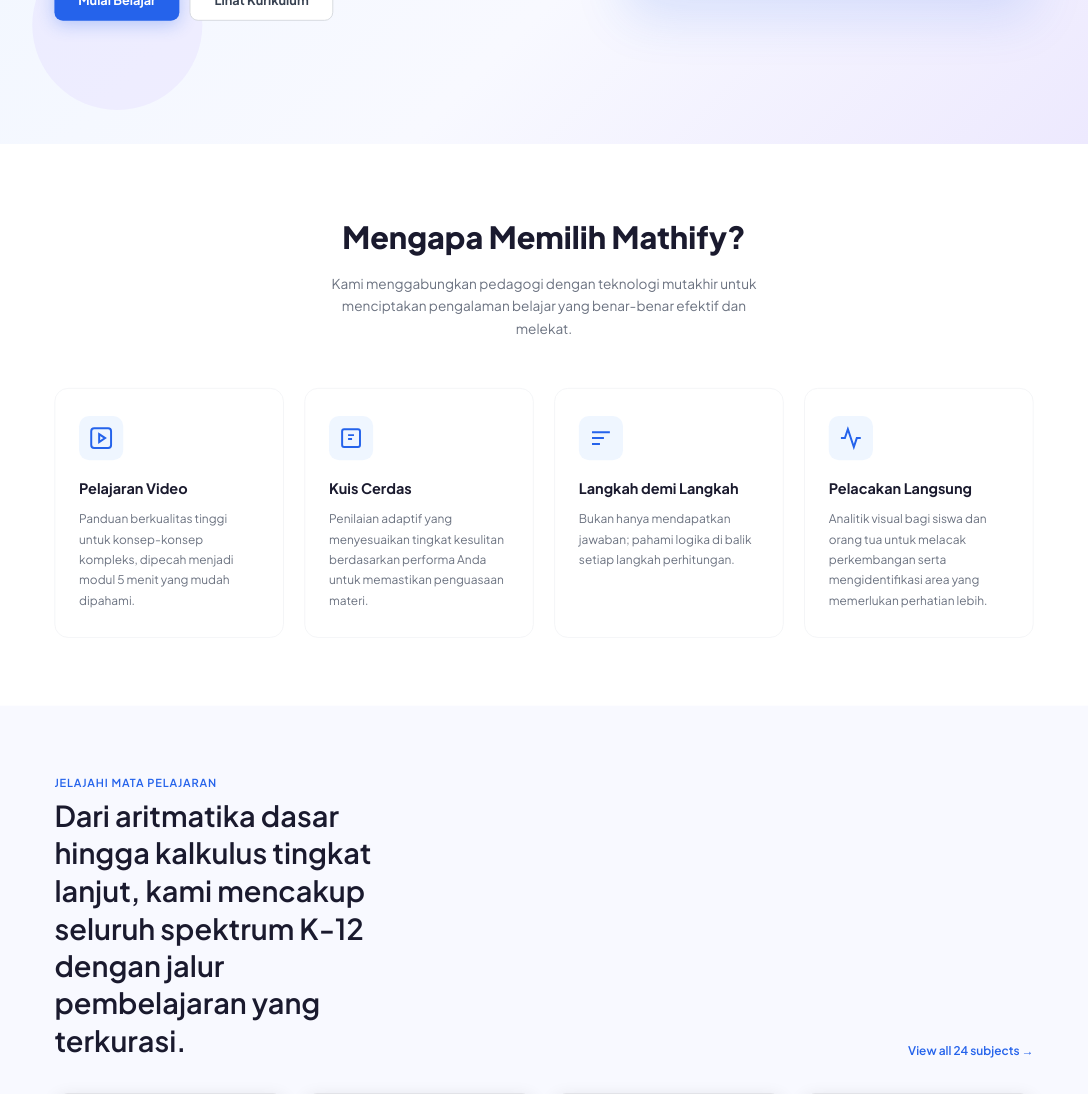
Repository: AdityaRevangga/Mathify
Page: /dashboard (app in frontend/)
The author's editor kept a copy of each file at every save. The page is drawn from the files as they stood at one save, then again after the next save.
The browser window is 1280 px wide. The pictures show the part of the page from y = 550 to 1837 px (the page is 2926 px tall), at 85% of full size.
Pictures or frames that could not be fetched are drawn as grey boxes. The page's requests for data from a server got no answer. The project was rebuilt for these pictures with package versions that can differ from the ones it lists, and the page was loaded fresh each time. No one was signed in, and anything a server would have sent is missing. Also part of the build but not shown: frontend/vite.config.js, frontend/src/index.css, frontend/src/components/Sidebar.jsx, frontend/src/components/Topbar.jsx, frontend/src/layouts/DashboardLayout.jsx, frontend/src/layouts/AuthLayout.jsx, frontend/src/layouts/MateriLayout.jsx, frontend/src/pages/LoginPage.jsx and 12 more.

Above is the page before, as saved 2026-06-02 14:25:18.

### frontend/index.html
<!doctype html>
<html lang="id">
  <head>
    <meta charset="UTF-8" />
    <link rel="icon" type="image/svg+xml" href="/favicon.svg" />
    <meta name="viewport" content="width=device-width, initial-scale=1.0" />
    <title>Mathify - Platform Belajar Matematika Interaktif</title>
    <!-- Plus Jakarta Sans Font -->
    <link rel="preconnect" href="https://fonts.googleapis.com">
    <link rel="preconnect" href="https://fonts.gstatic.com" crossorigin>
    <link href="https://fonts.googleapis.com/css2?family=Plus+Jakarta+Sans:wght@400;500;600;700;800&display=swap" rel="stylesheet">
  </head>
  <body>
    <div id="root"></div>
    <script type="module" src="/src/main.jsx"></script>
  </body>
</html>

### frontend/src/App.jsx
import React, { useEffect } from 'react';
import { BrowserRouter } from 'react-router-dom';
import { AuthProvider } from './context/AuthContext';
import AppRouter from './router/AppRouter';
import './styles/shared.css'; // Global core variables and core classes

function App() {
  useEffect(() => {
    const savedTheme = localStorage.getItem('theme');
    if (savedTheme === 'dark') {
      document.body.classList.add('dark-mode');
    } else {
      document.body.classList.remove('dark-mode');
    }
  }, []);

  return (
    <AuthProvider>
      <BrowserRouter>
        <AppRouter />
      </BrowserRouter>
    </AuthProvider>
  );
}

export default App;

### frontend/src/pages/LandingPage.jsx
import React, { useState, useEffect } from 'react';
import { useNavigate } from 'react-router-dom';

const LandingPage = () => {
  const navigate = useNavigate();
  const [scrolled, setScrolled] = useState(false);

  useEffect(() => {
    const handleScroll = () => setScrolled(window.scrollY > 20);
    window.addEventListener('scroll', handleScroll);
    return () => window.removeEventListener('scroll', handleScroll);
  }, []);

  const subjects = [
    { title: 'Bilangan', lessons: 11, color: '#FF6B35', image: 'https://images.unsplash.com/photo-1596495578065-6e0763fa1178?w=400&q=80' },
    { title: 'Aljabar dan Fungsi', lessons: 21, color: '#1A1A2E', image: 'https://images.unsplash.com/photo-1509228627152-72ae9ae6848d?w=400&q=80' },
    { title: 'Trigonometry', lessons: 76, color: '#E91E8C', image: 'https://images.unsplash.com/photo-1635070041078-e363dbe005cb?w=400&q=80' },
    { title: 'Geometry', lessons: 19, color: '#2D2D2D', image: 'https://images.unsplash.com/photo-1558618666-fcd25c85cd64?w=400&q=80' },
  ];

  const features = [
    {
      icon: (
        <svg width="28" height="28" fill="none" stroke="currentColor" strokeWidth="2" viewBox="0 0 24 24">
          <rect x="2" y="2" width="20" height="20" rx="3" /><polygon points="10,8 16,12 10,16" />
        </svg>
      ),
      title: 'Pelajaran Video',
      desc: 'Panduan berkualitas tinggi untuk konsep-konsep kompleks, dipecah menjadi modul 5 menit yang mudah dipahami.',
    },
    {
      icon: (
        <svg width="28" height="28" fill="none" stroke="currentColor" strokeWidth="2" viewBox="0 0 24 24">
          <rect x="3" y="3" width="18" height="18" rx="2" /><path d="M9 9h6M9 13h4" />
        </svg>
      ),
      title: 'Kuis Cerdas',
      desc: 'Penilaian adaptif yang menyesuaikan tingkat kesulitan berdasarkan performa Anda untuk memastikan penguasaan materi.',
    },
    {
      icon: (
        <svg width="28" height="28" fill="none" stroke="currentColor" strokeWidth="2" viewBox="0 0 24 24">
          <path d="M3 6h18M3 12h12M3 18h8" />
        </svg>
      ),
      title: 'Langkah demi Langkah',
      desc: 'Bukan hanya mendapatkan jawaban; pahami logika di balik setiap langkah perhitungan.',
    },
    {
      icon: (
        <svg width="28" height="28" fill="none" stroke="currentColor" strokeWidth="2" viewBox="0 0 24 24">
          <polyline points="22,12 18,12 15,21 9,3 6,12 2,12" />
        </svg>
      ),
      title: 'Pelacakan Langsung',
      desc: 'Analitik visual bagi siswa dan orang tua untuk melacak perkembangan serta mengidentifikasi area yang memerlukan perhatian lebih.',
    },
  ];

  return (
    <div style={{ fontFamily: "'Plus Jakarta Sans', 'Nunito', sans-serif", backgroundColor: '#F8F9FF', color: '#1A1A2E', overflowX: 'hidden' }}>

      {/* Navbar */}
      <nav style={{
        position: 'fixed', top: 0, left: 0, right: 0, zIndex: 100,
        padding: '0 5%',
        height: 64,
        display: 'flex', alignItems: 'center', justifyContent: 'space-between',
        background: scrolled ? 'rgba(255,255,255,0.95)' : 'transparent',
        backdropFilter: scrolled ? 'blur(12px)' : 'none',
        boxShadow: scrolled ? '0 1px 24px rgba(0,0,0,0.07)' : 'none',
        transition: 'all 0.3s ease',
      }}>
        <span style={{ fontWeight: 800, fontSize: 22, color: '#2563EB', letterSpacing: '-0.5px' }}>Mathify</span>
        <div style={{ display: 'flex', gap: 12, alignItems: 'center' }}>
          <button onClick={() => navigate('/login')} style={{
            padding: '8px 20px', borderRadius: 8, border: '1.5px solid #D1D5DB',
            background: 'white', color: '#374151', fontWeight: 600, fontSize: 14, cursor: 'pointer',
            transition: 'all 0.2s',
          }}
            onMouseEnter={e => { e.target.style.borderColor = '#2563EB'; e.target.style.color = '#2563EB'; }}
            onMouseLeave={e => { e.target.style.borderColor = '#D1D5DB'; e.target.style.color = '#374151'; }}>
            Log In
          </button>
          <button onClick={() => navigate('/register')} style={{
            padding: '8px 20px', borderRadius: 8, border: 'none',
            background: '#2563EB', color: 'white', fontWeight: 600, fontSize: 14, cursor: 'pointer',
            transition: 'all 0.2s',
          }}
            onMouseEnter={e => e.target.style.background = '#1D4ED8'}
            onMouseLeave={e => e.target.style.background = '#2563EB'}>
            Sign Up
          </button>
        </div>
      </nav>

      {/* Hero */}
      <section style={{
        minHeight: '100vh',
        display: 'flex', alignItems: 'center',
        padding: '100px 5% 60px',
        background: 'linear-gradient(135deg, #EFF6FF 0%, #F8F9FF 60%, #EDE9FE 100%)',
        position: 'relative',
        overflow: 'hidden',
      }}>
        {/* decorative circles */}
        <div style={{ position: 'absolute', top: 80, right: '8%', width: 420, height: 420, borderRadius: '50%', background: 'rgba(37,99,235,0.06)', pointerEvents: 'none' }} />
        <div style={{ position: 'absolute', bottom: 40, left: '3%', width: 200, height: 200, borderRadius: '50%', background: 'rgba(139,92,246,0.07)', pointerEvents: 'none' }} />

        <div style={{ display: 'flex', alignItems: 'center', gap: 60, width: '100%', maxWidth: 1200, margin: '0 auto', flexWrap: 'wrap' }}>
          {/* Left */}
          <div style={{ flex: 1, minWidth: 300, animation: 'fadeUp 0.8s ease both' }}>
            <div style={{
              display: 'inline-flex', alignItems: 'center', gap: 8,
              background: '#EFF6FF', border: '1px solid #BFDBFE',
              borderRadius: 100, padding: '6px 16px', marginBottom: 24,
              fontSize: 13, fontWeight: 600, color: '#2563EB',
            }}>
              <span>✦</span> Merevolusi Pendidikan Matematika K-12
            </div>
            <h1 style={{ fontSize: 'clamp(36px, 4vw, 56px)', fontWeight: 800, lineHeight: 1.15, marginBottom: 20, letterSpacing: '-1px' }}>
              Kuasai Matematika<br />bersama{' '}
              <span style={{ color: '#2563EB' }}>Mathify</span>
            </h1>
            <p style={{ fontSize: 16, color: '#6B7280', lineHeight: 1.7, marginBottom: 36, maxWidth: 460 }}>
              Buka potensi Anda dengan pelajaran interaktif, latihan berbasis AI yang dipersonalisasi, dan kurikulum yang dirancang untuk mengubah kecemasan terhadap matematika menjadi penguasaan matematika.
            </p>
            <div style={{ display: 'flex', gap: 12, flexWrap: 'wrap' }}>
              <button onClick={() => navigate('/register')} style={{
                padding: '14px 28px', borderRadius: 10, border: 'none',
                background: '#2563EB', color: 'white', fontWeight: 700, fontSize: 15, cursor: 'pointer',
                boxShadow: '0 4px 20px rgba(37,99,235,0.3)',
                transition: 'all 0.2s',
              }}
                onMouseEnter={e => { e.target.style.background = '#1D4ED8'; e.target.style.transform = 'translateY(-2px)'; }}
                onMouseLeave={e => { e.target.style.background = '#2563EB'; e.target.style.transform = 'none'; }}>
                Mulai Belajar
              </button>
              <button style={{
                padding: '14px 28px', borderRadius: 10,
                border: '1.5px solid #D1D5DB', background: 'white',
                color: '#374151', fontWeight: 700, fontSize: 15, cursor: 'pointer',
                transition: 'all 0.2s',
              }}
                onMouseEnter={e => { e.target.style.borderColor = '#2563EB'; e.target.style.color = '#2563EB'; }}
                onMouseLeave={e => { e.target.style.borderColor = '#D1D5DB'; e.target.style.color = '#374151'; }}>
                Lihat Kurikulum
              </button>
            </div>
          </div>

          {/* Right image */}
          <div style={{ flex: 1, minWidth: 280, display: 'flex', justifyContent: 'flex-end' }}>
            <div style={{
              width: '100%', maxWidth: 480, height: 340,
              borderRadius: 20, overflow: 'hidden',
              boxShadow: '0 20px 60px rgba(37,99,235,0.15)',
            }}>
              <img
                src="https://images.unsplash.com/photo-1596495578065-6e0763fa1178?w=800&q=80"
                alt="Math tools"
                style={{ width: '100%', height: '100%', objectFit: 'cover' }}
              />
            </div>
          </div>
        </div>
      </section>

      {/* Why Mathify */}
      <section style={{ padding: '80px 5%', background: 'white' }}>
        <div style={{ maxWidth: 1200, margin: '0 auto' }}>
          <div style={{ textAlign: 'center', marginBottom: 56 }}>
            <h2 style={{ fontSize: 'clamp(24px, 3vw, 36px)', fontWeight: 800, marginBottom: 12 }}>Mengapa Memilih Mathify?</h2>
            <p style={{ color: '#6B7280', fontSize: 16, maxWidth: 520, margin: '0 auto', lineHeight: 1.7 }}>
              Kami menggabungkan pedagogi dengan teknologi mutakhir untuk menciptakan pengalaman belajar yang benar-benar efektif dan melekat.
            </p>
          </div>
          <div style={{ display: 'grid', gridTemplateColumns: 'repeat(auto-fit, minmax(240px, 1fr))', gap: 24 }}>
            {features.map((f, i) => (
              <div key={i} style={{
                padding: '32px 28px', borderRadius: 16,
                border: '1.5px solid #F3F4F6',
                background: 'white',
                transition: 'all 0.25s',
                cursor: 'default',
              }}
                onMouseEnter={e => {
                  e.currentTarget.style.borderColor = '#BFDBFE';
                  e.currentTarget.style.boxShadow = '0 8px 32px rgba(37,99,235,0.1)';
                  e.currentTarget.style.transform = 'translateY(-4px)';
                }}
                onMouseLeave={e => {
                  e.currentTarget.style.borderColor = '#F3F4F6';
                  e.currentTarget.style.boxShadow = 'none';
                  e.currentTarget.style.transform = 'none';
                }}>
                <div style={{
                  width: 52, height: 52, borderRadius: 12,
                  background: '#EFF6FF', color: '#2563EB',
                  display: 'flex', alignItems: 'center', justifyContent: 'center',
                  marginBottom: 20,
                }}>
                  {f.icon}
                </div>
                <h3 style={{ fontWeight: 700, fontSize: 17, marginBottom: 10 }}>{f.title}</h3>
                <p style={{ color: '#6B7280', fontSize: 14, lineHeight: 1.7 }}>{f.desc}</p>
              </div>
            ))}
          </div>
        </div>
      </section>

      {/* Subjects */}
      <section style={{ padding: '80px 5%', background: '#F8F9FF' }}>
        <div style={{ maxWidth: 1200, margin: '0 auto' }}>
          <div style={{ display: 'flex', justifyContent: 'space-between', alignItems: 'flex-end', marginBottom: 40, flexWrap: 'wrap', gap: 16 }}>
            <div>
              <p style={{ fontSize: 13, fontWeight: 600, color: '#2563EB', marginBottom: 6, textTransform: 'uppercase', letterSpacing: 1 }}>Jelajahi Mata Pelajaran</p>
              <h2 style={{ fontSize: 'clamp(12px, 3vw, 34px)', fontWeight: 600, lineHeight: 1.3, maxWidth: 400 }}>
                Dari aritmatika dasar hingga kalkulus tingkat lanjut, kami mencakup seluruh spektrum K-12 dengan jalur pembelajaran yang terkurasi.
              </h2>
            </div>
            <a href="#" style={{ color: '#2563EB', fontWeight: 600, fontSize: 14, textDecoration: 'none', whiteSpace: 'nowrap' }}>
              View all 24 subjects →
            </a>
          </div>

          <div style={{ display: 'grid', gridTemplateColumns: 'repeat(auto-fit, minmax(220px, 1fr))', gap: 20 }}>
            {subjects.map((s, i) => (
              <div key={i} style={{
                borderRadius: 16, overflow: 'hidden', position: 'relative',
                height: 280, cursor: 'pointer',
                boxShadow: '0 4px 20px rgba(0,0,0,0.1)',
                transition: 'transform 0.25s, box-shadow 0.25s',
              }}
                onMouseEnter={e => { e.currentTarget.style.transform = 'translateY(-6px)'; e.currentTarget.style.boxShadow = '0 12px 40px rgba(0,0,0,0.18)'; }}
                onMouseLeave={e => { e.currentTarget.style.transform = 'none'; e.currentTarget.style.boxShadow = '0 4px 20px rgba(0,0,0,0.1)'; }}>
                <img src={s.image} alt={s.title} style={{ width: '100%', height: '100%', objectFit: 'cover' }} />
                <div style={{
                  position: 'absolute', inset: 0,
                  background: `linear-gradient(to top, rgba(0,0,0,0.75) 0%, rgba(0,0,0,0.1) 60%)`,
                }} />
                <div style={{ position: 'absolute', bottom: 0, left: 0, right: 0, padding: '20px 20px 16px' }}>
                  <h3 style={{ color: 'white', fontWeight: 700, fontSize: 18, marginBottom: 6 }}>{s.title}</h3>
                  <div style={{ display: 'flex', alignItems: 'center', justifyContent: 'space-between' }}>
                    <span style={{ color: 'rgba(255,255,255,0.8)', fontSize: 13 }}>{s.lessons} Lessons</span>
                    <div style={{
                      width: 28, height: 28, borderRadius: '50%',
                      background: 'rgba(255,255,255,0.2)', backdropFilter: 'blur(4px)',
                      display: 'flex', alignItems: 'center', justifyContent: 'center',
                      color: 'white', fontSize: 14,
                    }}>→</div>
                  </div>
                </div>
              </div>
            ))}
          </div>
        </div>
      </section>

      {/* CTA Banner */}
      <section style={{
        padding: '72px 5%',
        background: 'linear-gradient(135deg, #2563EB, #7C3AED)',
        textAlign: 'center',
      }}>
        <h2 style={{ color: 'white', fontSize: 'clamp(24px, 3vw, 40px)', fontWeight: 800, marginBottom: 16 }}>
          Siap untuk Mulai Belajar?
        </h2>
        <p style={{ color: 'rgba(255,255,255,0.8)', fontSize: 16, marginBottom: 32, maxWidth: 480, margin: '0 auto 32px' }}>
          Bergabunglah dengan ribuan siswa yang sudah menguasai matematika bersama Mathify.
        </p>
        <button onClick={() => navigate('/register')} style={{
          padding: '14px 36px', borderRadius: 10,
          background: 'white', color: '#2563EB',
          fontWeight: 700, fontSize: 16, border: 'none', cursor: 'pointer',
          boxShadow: '0 4px 24px rgba(0,0,0,0.15)',
          transition: 'all 0.2s',
        }}
          onMouseEnter={e => { e.target.style.transform = 'translateY(-2px)'; e.target.style.boxShadow = '0 8px 32px rgba(0,0,0,0.2)'; }}
          onMouseLeave={e => { e.target.style.transform = 'none'; e.target.style.boxShadow = '0 4px 24px rgba(0,0,0,0.15)'; }}>
          Daftar Gratis Sekarang
        </button>
      </section>

      {/* Footer */}
      <footer style={{ background: '#0F172A', color: 'white', padding: '60px 5% 32px' }}>
        <div style={{ maxWidth: 1200, margin: '0 auto' }}>
          <div style={{ display: 'grid', gridTemplateColumns: 'repeat(auto-fit, minmax(180px, 1fr))', gap: 40, marginBottom: 48 }}>
            <div>
              <h3 style={{ fontWeight: 800, fontSize: 20, color: '#60A5FA', marginBottom: 12 }}>Mathify</h3>
              <p style={{ color: '#94A3B8', fontSize: 14, lineHeight: 1.7 }}>
                Empowering the next generation of mathematicians through accessible, engaging, and highly effective digital education.
              </p>
              <div style={{ display: 'flex', gap: 12, marginTop: 16 }}>
                {['🌐', '✉️', '▶️'].map((icon, i) => (
                  <div key={i} style={{
                    width: 34, height: 34, borderRadius: 8,
                    background: 'rgba(255,255,255,0.08)',
                    display: 'flex', alignItems: 'center', justifyContent: 'center',
                    fontSize: 16, cursor: 'pointer',
                  }}>{icon}</div>
                ))}
              </div>
            </div>
            <div>
              <h4 style={{ fontWeight: 700, fontSize: 13, textTransform: 'uppercase', letterSpacing: 1, color: '#94A3B8', marginBottom: 16 }}>Celerates</h4>
              {['Our Team', 'About', 'Contact'].map(item => (
                <div key={item} style={{ marginBottom: 10 }}>
                  <a href="#" style={{ color: '#CBD5E1', fontSize: 14, textDecoration: 'none' }}>{item}</a>
                </div>
              ))}
            </div>
            <div>
              <h4 style={{ fontWeight: 700, fontSize: 13, textTransform: 'uppercase', letterSpacing: 1, color: '#94A3B8', marginBottom: 16 }}>Learning</h4>
              {['All Courses', 'Smart Quizzes', 'Video Library', 'Study Planner'].map(item => (
                <div key={item} style={{ marginBottom: 10 }}>
                  <a href="#" style={{ color: '#CBD5E1', fontSize: 14, textDecoration: 'none' }}>{item}</a>
                </div>
              ))}
            </div>
            <div>
              <h4 style={{ fontWeight: 700, fontSize: 13, textTransform: 'uppercase', letterSpacing: 1, color: '#94A3B8', marginBottom: 16 }}>Newsletter</h4>
              <p style={{ color: '#94A3B8', fontSize: 14, marginBottom: 14 }}>Get the latest math tips and course updates.</p>
              <div style={{ display: 'flex', gap: 8 }}>
                <input placeholder="Your email address" style={{
                  flex: 1, padding: '10px 14px', borderRadius: 8,
                  border: '1px solid rgba(255,255,255,0.1)',
                  background: 'rgba(255,255,255,0.07)', color: 'white',
                  fontSize: 14, outline: 'none',
                }} />
                <button style={{
                  padding: '10px 14px', borderRadius: 8, border: 'none',
                  background: '#2563EB', color: 'white', cursor: 'pointer', fontWeight: 700,
                }}>→</button>
              </div>
            </div>
          </div>
          <div style={{ borderTop: '1px solid rgba(255,255,255,0.08)', paddingTop: 24, display: 'flex', justifyContent: 'space-between', flexWrap: 'wrap', gap: 12 }}>
            <p style={{ color: '#64748B', fontSize: 13 }}>© 2026 Mathify Academy. All rights reserved.</p>
            <div style={{ display: 'flex', gap: 24 }}>
              {['Privacy Policy', 'Terms of Service', 'Cookies'].map(item => (
                <a key={item} href="#" style={{ color: '#64748B', fontSize: 13, textDecoration: 'none' }}>{item}</a>
              ))}
            </div>
          </div>
        </div>
      </footer>

      <style>{`
        @import url('https://fonts.googleapis.com/css2?family=Plus+Jakarta+Sans:wght@400;500;600;700;800&display=swap');
        * { margin: 0; padding: 0; box-sizing: border-box; }
        @keyframes fadeUp {
          from { opacity: 0; transform: translateY(30px); }
          to { opacity: 1; transform: translateY(0); }
        }
      `}</style>
    </div>
  );
};

export default LandingPage;

### frontend/src/router/ProtectedRoute.jsx
import React from 'react';
import { Navigate, Outlet } from 'react-router-dom';
import { useAuth } from '../hooks/useAuth';

const ProtectedRoute = () => {
  const { isAuthenticated, loading } = useAuth();

  if (loading) {
    return (
      <div style={{ display: 'flex', height: '100vh', width: '100vw', alignItems: 'center', justifyContent: 'center', fontFamily: 'Plus Jakarta Sans, sans-serif' }}>
        <div style={{ textAlign: 'center' }}>
          <div style={{ fontSize: '1.25rem', fontWeight: 600, color: 'var(--blue)', marginBottom: '0.5rem' }}>Mathify</div>
          <div style={{ color: 'var(--text-muted)' }}>Memuat sesi...</div>
        </div>
      </div>
    );
  }

  if (!isAuthenticated) {
    return <Navigate to="/" replace />;
  }

  return <Outlet />;
};

export default ProtectedRoute;

Loaded but not shown: frontend/src/main.jsx (common file); frontend/src/hooks/useAuth.js (common file); frontend/src/services/api.js (163 lines, source omitted); frontend/src/styles/quiz-list.css (729 lines, source omitted); frontend/src/styles/profil.css (465 lines, source omitted); frontend/src/styles/dashboard.css (513 lines, source omitted); frontend/src/styles/materi.css (286 lines, source omitted); frontend/src/styles/shared.css (445 lines, source omitted); frontend/src/styles/pengaturan.css (292 lines, source omitted); frontend/src/styles/login.css (354 lines, source omitted); frontend/src/styles/register.css (335 lines, source omitted); frontend/src/context/AuthContext.jsx (111 lines, source omitted); frontend/src/router/AppRouter.jsx (53 lines, source omitted); frontend/src/styles/topik.css (no copy from this time; the picture is the same without it)

After the next save:
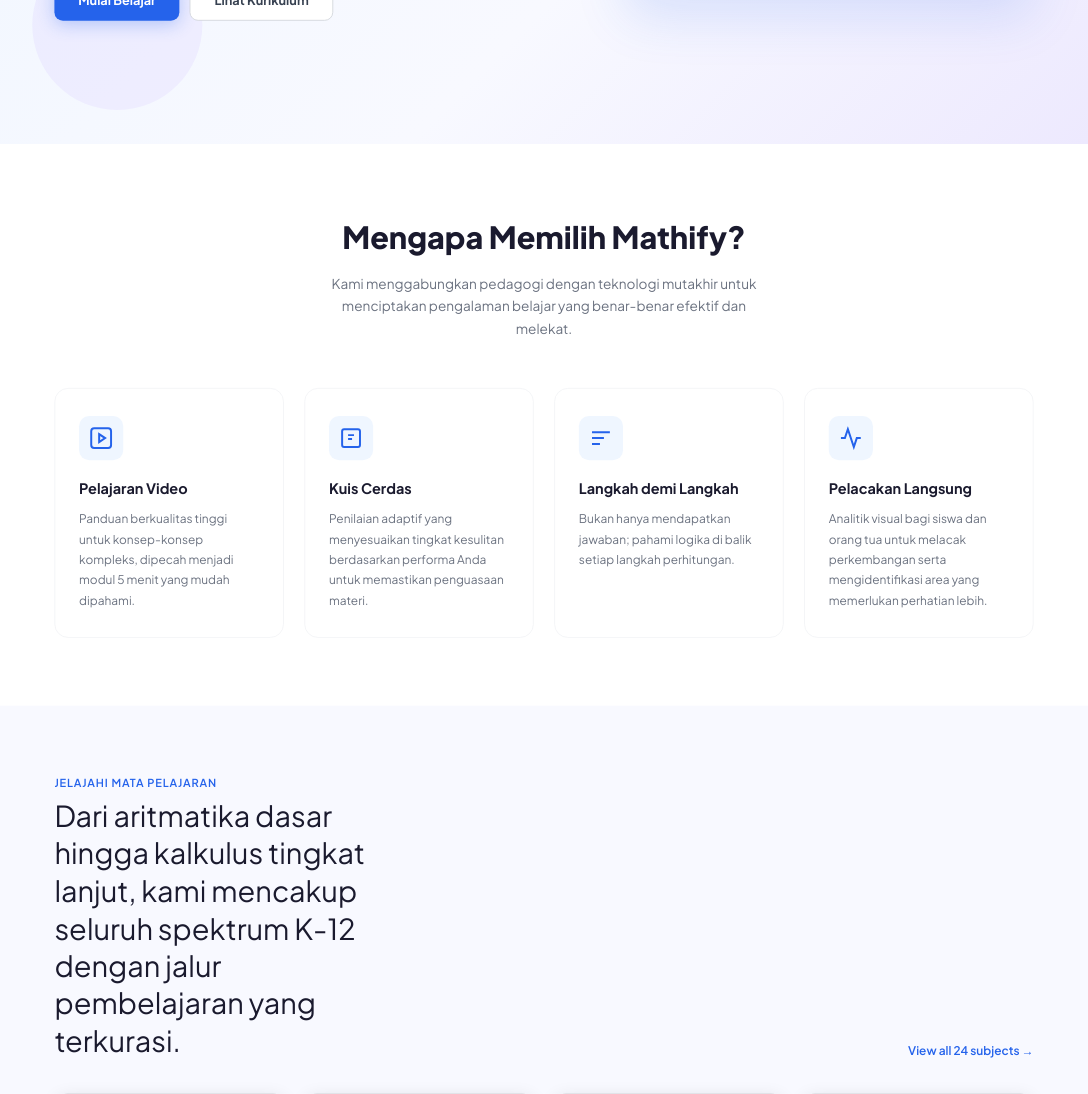
Saved 2 min 1 s later.
--- a/frontend/src/pages/LandingPage.jsx
+++ b/frontend/src/pages/LandingPage.jsx
@@ -216,7 +216,7 @@
           <div style={{ display: 'flex', justifyContent: 'space-between', alignItems: 'flex-end', marginBottom: 40, flexWrap: 'wrap', gap: 16 }}>
             <div>
               <p style={{ fontSize: 13, fontWeight: 600, color: '#2563EB', marginBottom: 6, textTransform: 'uppercase', letterSpacing: 1 }}>Jelajahi Mata Pelajaran</p>
-              <h2 style={{ fontSize: 'clamp(12px, 3vw, 34px)', fontWeight: 600, lineHeight: 1.3, maxWidth: 400 }}>
+              <h2 style={{ fontSize: 'clamp(12px, 3vw, 34px)', fontWeight: 200, lineHeight: 1.3, maxWidth: 400 }}>
                 Dari aritmatika dasar hingga kalkulus tingkat lanjut, kami mencakup seluruh spektrum K-12 dengan jalur pembelajaran yang terkurasi.
               </h2>
             </div>
